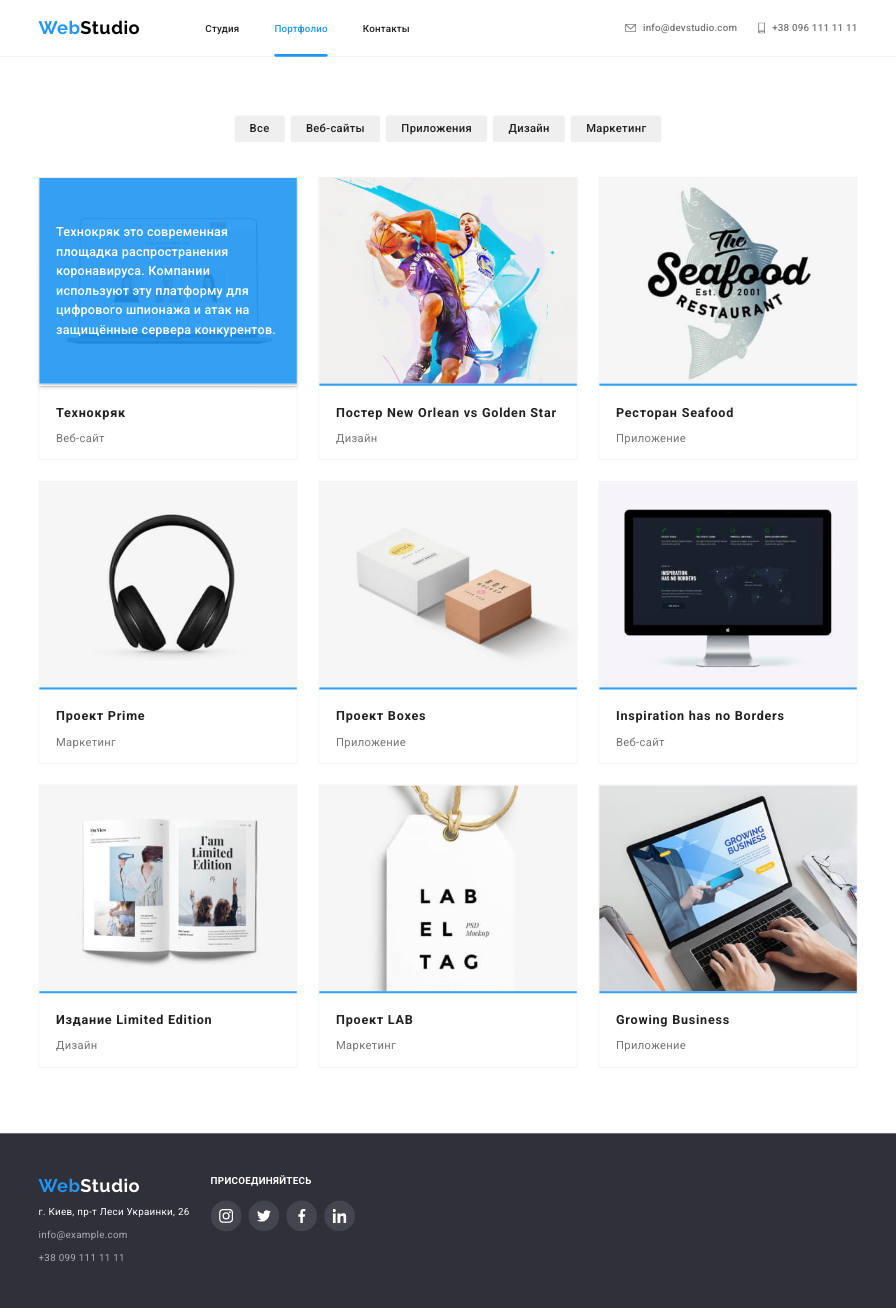
Repository: UliyaKucherernko/home-work-8
Page: porfolio.html
The author's editor kept a copy of each file at every save. The page is drawn from the files as they stood at one save, then again after the next save.
The browser window is 1280 px wide. The pictures show the whole page, at 70% of full size.
The pointer rests on the first visible `.gallery-thumb`.

Above is the page before, as saved 2021-04-14 12:39:48.

After the next save:
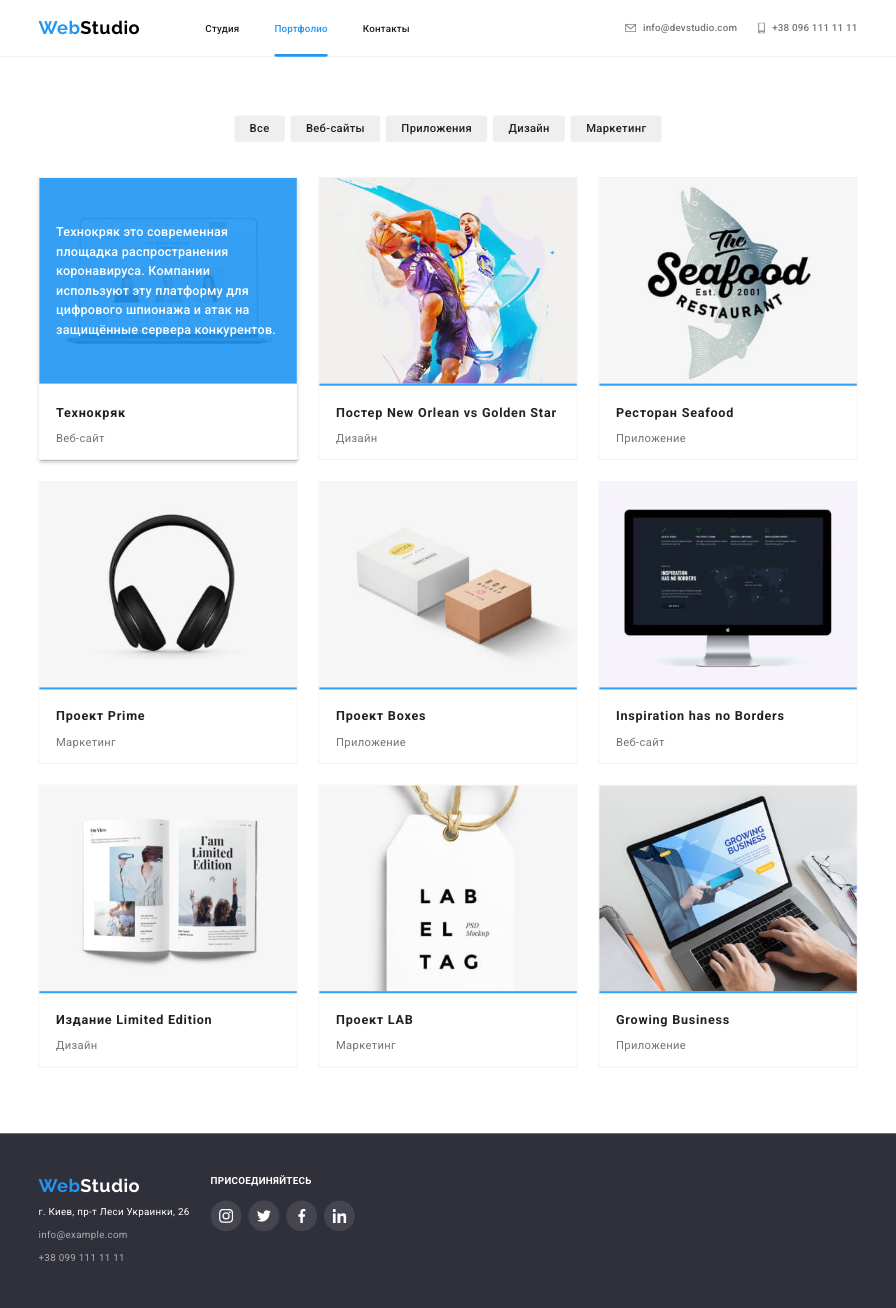
Saved 2 min 2 s later.
--- a/css/styles.css
+++ b/css/styles.css
@@ -355,7 +355,7 @@ button:focus {
   background: var(--content-color);
 }
 
-.gallery-thumb:hover {
+.gallery-card:hover {
   opacity: 1;
   box-shadow: 0px 1px 1px rgba(0, 0, 0, 0.12), 0px 4px 4px rgba(0, 0, 0, 0.06),
     1px 4px 6px rgba(0, 0, 0, 0.16);
@@ -401,8 +401,6 @@ button:focus {
 
 .gallery-card:hover .gallery-overlay {
   transform: translateY(0%);
-  box-shadow: 0px 1px 1px rgba(0, 0, 0, 0.12), 0px 4px 4px rgba(0, 0, 0, 0.06),
-    1px 4px 6px rgba(0, 0, 0, 0.16);
 }
 
 .filtrs {
